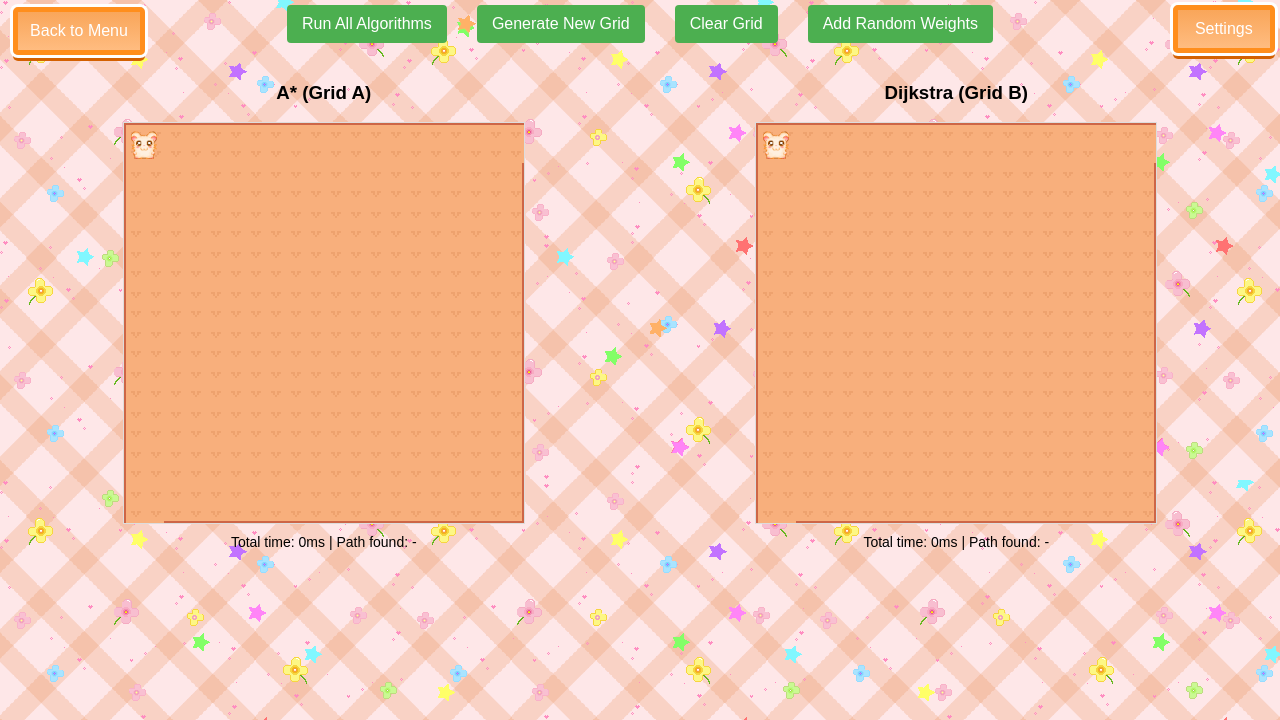
Repository: ramosfranz/Hamster-Crossing
Page: game.html
An editor plug-in stored every save of this project. The page is shown before and after the next save, followed by the edit.
The browser window is 1280 px wide. The pictures show the whole page.
Some web fonts or font styles are not loaded; a fallback is used.

Above is the page before, as saved 2025-05-06 12:20:46.

### game.html
<!DOCTYPE html>
<html lang="en">
<head>
    <meta charset="UTF-8">
    <meta name="viewport" content="width=device-width, initial-scale=1.0">
    <link rel="preconnect" href="https://fonts.googleapis.com">
    <link rel="preconnect" href="https://fonts.gstatic.com" crossorigin>
    <link href="https://fonts.googleapis.com/css2?family=Jersey+10+Charted&family=Jersey+20&family=Jersey+25+Charted&display=swap" rel="stylesheet">
    <title>Hamster Crossing</title>
    <link rel="icon" type="image/x-icon" href="assets/images/favicon.ico">
    <link rel="stylesheet" href="styles.css">
</head>
<body>
    <div class="header-buttons">
        <a class="pixelButton" id="backButton" href="menu.html">Back to Menu</a>
        <button class="pixelButton" id="settingsButton">Settings</button>
    </div>

    <!-- Settings Popup -->
    <div id="settingsPopup" class="popup">
        <div class="popup-content">
            <span class="close-popup">&times;</span>
            <h3>Settings</h3>

            <div class="setting-item">
                <label for="volumeSlider">Adjust Volume:</label>
                <input type="range" id="volumeSlider" min="0" max="100" value="50">
            </div>

            <div class="setting-item">
                <label for="hamsterDropdown">Change Hamster:</label>
                <select id="hamsterDropdown">
                    <option value="hamster1">Default Hamster</option>
                    <option value="hamster2">Speedy Hamster</option>
                    <option value="hamster3">Colorful Hamster</option>
                </select>
            </div>

            <div class="setting-item">
                <label>Number of Grids: <span class="grid-count-value">2</span></label>
                <div class="grid-count-container">
                    <input type="range" id="gridCount" min="1" max="5" value="2">
                </div>
            </div>

            <div id="gridSettings">
                <!-- Grid settings will be added here dynamically -->
            </div>

            <button id="applySettings">Apply Settings</button>
        </div>
    </div>
    <div id="controls">
        <button id="runButton">Run All Algorithms</button>
        <button id="generateButton">Generate New Grid</button>
        <button id="clearButton">Clear Grid</button>
        <button id="addWeightsButton">Add Random Weights</button>
    </div>

    <button id="stopButton">Stop and Clear Searching</button>

    <div id="grids-container">
        <!-- Grids will be added here dynamically -->
    </div>

    <!--<script src="pathfind.js" type="module"></script>
    <script src="settingsPopUp.js"  type="module"></script>
    <script src="algorithms.js"  type="module"></script> -->
    <script type="module" src="js/app.js"></script>
    <script type="module" src="js/game.js"></script>
</body>
</html>

### styles.css
html, body {
    font-family: "Jersey 20", sans-serif;
    margin: 0;
    padding: 0;
    height: 100%;
    scroll-behavior: smooth;
    background-image:url(assets/images/backgrounds/bg_try.gif), url(assets/images/backgrounds/bg_tryA.gif), url(assets/images/backgrounds/bg_hamu.png);
    background-size: auto, auto, 20%;
    background-repeat: auto, auto, space;
    image-rendering: pixelated;
}

.home {
    display: flex;
    flex-direction: column;
    justify-content: center;
    align-items: center;
    height: 100%;
    text-align: center;
}

#logo {
    width: 40%;
    max-height: 100%;
    margin-bottom: 0.5%;
    image-rendering: pixelated;
}

.pixelButton {
    padding: 10px 5%;
    margin-bottom: 3%;
    font-size: 1.5rem;
    color: #fff;
    border: 5px solid #ff8e1c;
    border-radius: 4px;
    background: linear-gradient(to bottom, #f9a65a, #ffbc80);
    box-shadow:
        0 0 0 3px #fff,
        0 6px #d36102;
    cursor: pointer;
    text-align: center;
    font-family: "Jersey 20", sans-serif;
    width: 100%;
    transition: transform 0.1s ease, box-shadow 0.1s ease;
    image-rendering: pixelated;
}

.pixelButton:hover {
    background: linear-gradient(to bottom, #ffa9b8, #ff605f);
    border-color: #ff1a14;
}

.pixelButton:active {
    transform: translateY(4px);
    box-shadow: 0 0 #000;
}


.menu {
    margin-bottom: 20px;
}
button {
    padding: 10px 20px;
    font-size: 16px;
    margin: 5px;
    cursor: pointer;
}

#controls {
    display: flex;
    justify-content: center;
    gap: 20px;
    flex-wrap: wrap;
}
#grids-container {
    display: flex;
    flex-wrap: wrap;
    justify-content: center;
    gap: 20px;
}
.canvas-container {
    display: flex;
    flex-direction: column;
    align-items: center;
    position: relative;
}
.timer {
    margin-top: 10px;
    font-size: 14px;
    text-align: center;
}
#warning {
    color: red;
    font-weight: bold;
    margin: 10px 0;
    text-align: center;
}
#stopButton {
    display: none;
    padding: 10px;
    background-color: red;
    color: white;
    border: none;
    cursor: pointer;
    border-radius: 5px;
    margin: 0 auto;
}
#backButton {
    width: 8%;
    position: fixed;
    left: 1%;
    top: 1%;
    padding: 10px;
    cursor: pointer;
    text-decoration: none;
    font-size: 16px;
    border-radius: 5px;
}

#settingsButton {
    position: fixed;
    width: 8%;
    right: -0%;
    padding: 10px;
    border-radius: 5px;
    cursor: pointer;
    font-size: 16px;
}

button {
    padding: 10px 15px;
    background-color: #4CAF50;
    color: white;
    border: none;
    border-radius: 4px;
    cursor: pointer;
    font-size: 16px;
}
button:hover {
    background-color: #45a049;
}
button:disabled {
    background-color: #cccccc;
    cursor: not-allowed;
}
.weight {
    position: absolute;
    font-size: 10px;
    font-weight: bold;
    color: black;
    pointer-events: none;
}

.header-buttons {
    display: flex;
    justify-content: space-between;
}


.popup {
    display: none;
    position: fixed;
    top: 0;
    left: 0;
    width: 100%;
    height: 100%;
    background-color: rgba(0,0,0,0.5);
    z-index: 1000;
}

.popup-content {
    background-color: white;
    margin: 10% auto;
    padding: 20px;
    width: 50%;
    max-width: 500px;
    border-radius: 8px;
    position: relative;
}

.close-popup {
    position: absolute;
    top: 10px;
    right: 20px;
    font-size: 24px;
    cursor: pointer;
}

.setting-item {
    margin: 15px 0;
}

.setting-item label {
    display: block;
    margin-bottom: 5px;
    font-weight: bold;
}

.setting-item input[type="range"],
.setting-item select,
.setting-item input[type="number"] {
    width: 100%;
    padding: 8px;
    border: 1px solid #ddd;
    border-radius: 4px;
}

#applySettings {
    margin-top: 20px;
    padding: 10px 15px;
    background-color: #4CAF50;
    color: white;
    border: none;
    border-radius: 4px;
    cursor: pointer;
    width: 100%;
}

#applySettings:hover {
    background-color: #45a049;
}

.grid-algorithm-select {
    margin-top: 10px;
}


.popup-content {
    width: 90%;
    max-width: 400px;
    margin: 5% auto;
    padding: 15px;
}

#gridCount {
    width: 100%;
    margin-top: 5px;
}

.grid-count-container {
    display: flex;
    align-items: center;
    gap: 10px;
}

.grid-count-value {
    font-weight: bold;
}

#grids-container {
    display: grid;
    grid-template-columns: repeat(auto-fit, minmax(200px, 1fr));
    gap: 15px;
    padding: 15px;
    width: 100%;
    box-sizing: border-box;
    justify-content: center;
}

/* Grid selection layout */
.grid-selection-row {
    display: flex;
    gap: 15px;
    margin-bottom: 15px;
}

.grid-selection-item {
    flex: 1;
    min-width: 120px;
}

.grid-selection-item.disabled {
    opacity: 0.6;
    pointer-events: none;
}

.grid-selection-item label {
    display: block;
    margin-bottom: 5px;
    color: #333;
}

.grid-selection-item select {
    width: 100%;
    padding: 6px;
    border: 1px solid #ddd;
    border-radius: 4px;
    background: white;
}

.grid-selection-item.disabled select {
    background: #f5f5f5;
}

.canvas-container {
    position: relative;
    width: 100%;
    max-width: 400px;
    margin: 0 auto;
}


.canvas-container canvas {
    width: 100%;
    height: auto;
    aspect-ratio: 1;
    border: 1px solid #ddd;
}

@media (max-width: 600px) {
    #grids-container {
        grid-template-columns: 1fr;
    }

    .popup-content {
        width: 90%;
        margin: 20px auto;
    }
}

@media (min-width: 601px) and (max-width: 1200px) {
    #grids-container {
        grid-template-columns: repeat(auto-fit, minmax(250px, 1fr));
    }
}

/* Modify existing grid count input */
#gridCount[type="range"] {
    -webkit-appearance: none;
    width: 100%;
    height: 8px;
    background: #ddd;
    border-radius: 4px;
}

#gridCount[type="range"]::-webkit-slider-thumb {
    -webkit-appearance: none;
    width: 20px;
    height: 20px;
    background: #4CAF50;
    border-radius: 50%;
    cursor: pointer;
}

### js/app.js
import { initializeGrid } from './gridManager.js';
import { setupEventListeners, renderGrids } from './domManager.js';
import { setupSettingsEventListeners } from './settings.js';

export function init() {
    setupSettingsEventListeners();
    initializeGrid();
    renderGrids();
    setupEventListeners();
}

document.addEventListener('DOMContentLoaded', init);

### js/game.js
import { initializeGrid } from './gridManager.js';
import { renderGrids, setupEventListeners} from './domManager.js';
import { drawGrid } from './visualizer.js';

document.addEventListener('DOMContentLoaded', () => {
    setupEventListeners();
    initializeGrid();
    renderGrids();
    drawGrid();

    window.addEventListener('resize', () => {
        drawGrid();
    });
});

### js/visualizer.js
import { rows, cols, getGrid, getGoal, getStart, start } from './gridManager.js';
import { sleep } from './utils.js';

export const canvases = {};
export const ctx = {};
const GROUND_SPRITE_WIDTH = 40;
const GROUND_SPRITE_HEIGHT = 40;
const HAMSTER_SPRITE_WIDTH = 69;
const HAMSTER_SPRITE_HEIGHT = 82;
const SEED_SPRITE_WIDTH = 26;
const SEED_SPRITE_HEIGHT = 48;
const ANIMATION_FRAMES = 2;
const SEED_ANIMATION_INTERVAL = 300;

// Sprite sheets
const spriteSheet = new Image();
spriteSheet.src = 'assets/images/sprites/hamu_ground.png';

const hamsterSpriteSheet = new Image();
hamsterSpriteSheet.src = 'assets/images/sprites/hamu_sprite.png';

// Animation frames
const SPRITE_MAP = {
    front: { transition: [0, 0], animation: [[0, 1], [0, 2]] },
    back: { transition: [0, 3], animation: [[0, 4], [0, 5]] },
    left: { transition: [1, 0], animation: [[1, 1], [1, 2]] },
    right: { transition: [1, 3], animation: [[1, 4], [1, 5]] }
};

// Seed animation
const seedImages = [];
let seedIndex = 0;
let seedAnimationInterval = null;
let seedImagesLoaded = false;

function loadSeedImages() {
    const seedFiles = [
        "assets/images/seed_animation/seed1.png",
        "assets/images/seed_animation/seed2.png",
        "assets/images/seed_animation/seed3.png"
    ];

    seedImages.length = 0;

    let loadedCount = 0;
    seedFiles.forEach(file => {
        const img = new Image();
        img.onload = () => {
            loadedCount++;
            if (loadedCount === seedFiles.length) {
                seedImagesLoaded = true;
                startSeedAnimation();
                drawGrid(); // Redraw after images load
            }
        };
        img.onerror = () => {
            console.error(`Failed to load seed image: ${file}`);
            loadedCount++;
        };
        img.src = file;
        seedImages.push(img);
    });
}

function drawSeedGoal(ctx, goal, cellSize) {
    if (!seedImagesLoaded || !seedImages.length) return;

    const goalX = goal.x * cellSize;
    const goalY = goal.y * cellSize;

    // Draw ground tile first
    const groundSx = GROUND_SPRITE_WIDTH;
    const groundSy = GROUND_SPRITE_HEIGHT;
    ctx.drawImage(
        spriteSheet,
        groundSx, groundSy, GROUND_SPRITE_WIDTH, GROUND_SPRITE_HEIGHT,
        goalX, goalY, cellSize, cellSize
    );

    // Then draw seed
    const seedImage = seedImages[seedIndex];
    const scaleFactor = Math.min(
        (cellSize * 0.8) / SEED_SPRITE_WIDTH,
        (cellSize * 0.8) / SEED_SPRITE_HEIGHT
    );
    const scaledWidth = SEED_SPRITE_WIDTH * scaleFactor;
    const scaledHeight = SEED_SPRITE_HEIGHT * scaleFactor;

    ctx.drawImage(
        seedImage,
        goalX + (cellSize - scaledWidth) / 2,
        goalY + (cellSize - scaledHeight) / 2,
        scaledWidth,
        scaledHeight
    );
}

export function startSeedAnimation() {
    if (!seedImagesLoaded) {
        loadSeedImages();
        return;
    }

    stopSeedAnimation();

    seedAnimationInterval = setInterval(() => {
        seedIndex = (seedIndex + 1) % seedImages.length;
        drawGrid();
    }, SEED_ANIMATION_INTERVAL);
}

export function stopSeedAnimation() {
    if (seedAnimationInterval) {
        clearInterval(seedAnimationInterval);
        seedAnimationInterval = null;
    }
}

export function registerCanvas(gridId, canvas) {
    canvases[gridId] = canvas;
    ctx[gridId] = canvas.getContext('2d');
}

export function drawGrid() {
    const grid = getGrid();
    const startPos = getStart();
    const goalPos = getGoal();

    if (!grid || !grid.length) {
        console.error("Grid is not properly initialized");
        return;
    }

    for (const algorithmId in ctx) {
        const currentCtx = ctx[algorithmId];
        const canvas = canvases[algorithmId];
        const cellSize = Math.min(canvas.width / cols, canvas.height / rows);

        // Clear canvas first
        currentCtx.clearRect(0, 0, canvas.width, canvas.height);

        // Draw grid cells
        for (let y = 0; y < rows; y++) {
            for (let x = 0; x < cols; x++) {
                const cell = grid[y][x];
                let sx, sy;

                if (cell.wall) {
                    // Wall sprites
                    if (x === 0 && y === 0) {
                        sx = 3 * GROUND_SPRITE_WIDTH;
                        sy = 0;
                    } else if (x === cols - 1 && y === rows - 1) {
                        sx = 5 * GROUND_SPRITE_WIDTH;
                        sy = 2 * GROUND_SPRITE_HEIGHT;
                    } else if (x === 0) {
                        sx = 3 * GROUND_SPRITE_WIDTH;
                        sy = GROUND_SPRITE_HEIGHT;
                    } else if (y === 0) {
                        sx = 4 * GROUND_SPRITE_WIDTH;
                        sy = 0;
                    } else if (y === rows - 1) {
                        sx = 4 * GROUND_SPRITE_WIDTH;
                        sy = 2 * GROUND_SPRITE_HEIGHT;
                    } else if (x === cols - 1) {
                        sx = 5 * GROUND_SPRITE_WIDTH;
                        sy = GROUND_SPRITE_HEIGHT;
                    } else {
                        sx = 4 * GROUND_SPRITE_WIDTH;
                        sy = GROUND_SPRITE_HEIGHT;
                    }
                } else {
                    // Ground sprites
                    if (x === 0 && y === 0) {
                        sx = 0;
                        sy = 0;
                    } else if (x === cols - 1 && y === rows - 1) {
                        sx = 2 * GROUND_SPRITE_WIDTH;
                        sy = 2 * GROUND_SPRITE_HEIGHT;
                    } else if (x === 0) {
                        sx = 0;
                        sy = GROUND_SPRITE_HEIGHT;
                    } else if (y === 0) {
                        sx = GROUND_SPRITE_WIDTH;
                        sy = 0;
                    } else if (x === cols - 1) {
                        sx = 2 * GROUND_SPRITE_WIDTH;
                        sy = GROUND_SPRITE_HEIGHT;
                    } else if (y === rows - 1) {
                        sx = GROUND_SPRITE_WIDTH;
                        sy = 2 * GROUND_SPRITE_HEIGHT;
                    } else {
                        sx = GROUND_SPRITE_WIDTH;
                        sy = GROUND_SPRITE_HEIGHT;
                    }
                }

                currentCtx.drawImage(
                    spriteSheet,
                    sx, sy, GROUND_SPRITE_WIDTH, GROUND_SPRITE_HEIGHT,
                    x * cellSize, y * cellSize, cellSize, cellSize
                );

                if (!cell.wall && cell.weight > 1) {
                    currentCtx.fillStyle = "black";
                    currentCtx.font = "12px Arial";
                    currentCtx.textAlign = "center";
                    currentCtx.textBaseline = "middle";
                    currentCtx.fillText(
                        cell.weight.toString(),
                        x * cellSize + cellSize / 2,
                        y * cellSize + cellSize / 2
                    );
                }
            }
        }

        // Draw hamster
        if (hamsterSpriteSheet.complete) {
            const scaleFactor = Math.min(cellSize / HAMSTER_SPRITE_HEIGHT, cellSize / HAMSTER_SPRITE_WIDTH) * 0.8;
            const scaledWidth = HAMSTER_SPRITE_WIDTH * scaleFactor;
            const scaledHeight = HAMSTER_SPRITE_HEIGHT * scaleFactor;

            currentCtx.drawImage(
                hamsterSpriteSheet,
                0, 0, HAMSTER_SPRITE_WIDTH, HAMSTER_SPRITE_HEIGHT,
                startPos.x * cellSize + (cellSize - scaledWidth) / 2,
                startPos.y * cellSize + (cellSize - scaledHeight) / 2,
                scaledWidth,
                scaledHeight
            );
        }

        // Draw seed at goal position
        if (seedImagesLoaded) {
            drawSeedGoal(currentCtx, goalPos, cellSize);
        }
    }
}

export async function drawPathWithHead(ctx, cameFrom, current, lineColor, headColor) {
    const path = [];
    const canvas = ctx.canvas;
    const cellSize = canvas.width / cols;
    const goalPos = getGoal();

    // Reconstruct path
    while (cameFrom[`${current.x},${current.y}`]) {
        path.push(current);
        current = cameFrom[`${current.x},${current.y}`];
    }
    path.reverse();

    let frameIndex = 0;
    for (let i = 0; i < path.length; i++) {
        const cell = path[i];
        if (cell.x === goalPos.x && cell.y === goalPos.y) continue;

        const direction = getMovementDirection(path, i, cell);
        const spriteFrame = getSpriteFrame(direction, i, frameIndex % ANIMATION_FRAMES);

        if (i > 0) {
            const prevCell = path[i - 1];
            if (!(prevCell.x === goalPos.x && prevCell.y === goalPos.y)) {
                ctx.fillStyle = lineColor;
                ctx.fillRect(prevCell.x * cellSize, prevCell.y * cellSize, cellSize, cellSize);
            }
        }

        ctx.fillStyle = lineColor;
        ctx.fillRect(cell.x * cellSize, cell.y * cellSize, cellSize, cellSize);

        if (hamsterSpriteSheet.complete) {
            const scaleFactor = Math.min(cellSize / HAMSTER_SPRITE_HEIGHT, cellSize / HAMSTER_SPRITE_WIDTH) * 0.8;
            const scaledWidth = HAMSTER_SPRITE_WIDTH * scaleFactor;
            const scaledHeight = HAMSTER_SPRITE_HEIGHT * scaleFactor;

            ctx.drawImage(
                hamsterSpriteSheet,
                spriteFrame[1] * HAMSTER_SPRITE_WIDTH,
                spriteFrame[0] * HAMSTER_SPRITE_HEIGHT,
                HAMSTER_SPRITE_WIDTH,
                HAMSTER_SPRITE_HEIGHT,
                cell.x * cellSize + (cellSize - scaledWidth) / 2,
                cell.y * cellSize + (cellSize - scaledHeight) / 2,
                scaledWidth,
                scaledHeight
            );
        }

        frameIndex++;
        await sleep(200);
    }
}

function getMovementDirection(path, index, cell) {
    if (index === 0) return "front";
    const prevCell = path[index - 1];
    if (cell.x > prevCell.x) return "right";
    if (cell.x < prevCell.x) return "left";
    if (cell.y > prevCell.y) return "front";
    return "back";
}

function getSpriteFrame(direction, index, frameIndex) {
    const spriteFrames = SPRITE_MAP[direction];
    return index === 0 ? spriteFrames.transition : spriteFrames.animation[frameIndex];
}

// Initialize everything when the page loads
export function initializeVisualizer() {
    loadSeedImages();
    drawGrid();
}

### js/stateManager.js
export const settings = {
    volume: 50,
    hamster: 'hamster1',
    gridCount: 2,
    gridAlgorithms: ['aStar', 'dijkstra']
};

export let searchInProgress = false;
export const timers = {};

export function setSearchInProgress(value) {
    searchInProgress = value;
}

export function resetTimers() {
    for (const key in timers) {
        timers[key].textContent = "Total time: 0ms | Path found: -";
    }
}

Loaded but not shown: js/domManager.js (252 lines, source omitted); js/settings.js (104 lines, source omitted); js/algorithms/bellmanFord.js (71 lines, source omitted); js/algorithms/aStar.js (57 lines, source omitted); js/gridManager.js (85 lines, source omitted); js/algorithms/dijkstra.js (54 lines, source omitted); js/algorithms/bfs.js (49 lines, source omitted); js/algorithms/dfs.js (49 lines, source omitted); js/utils.js (12 lines, source omitted)

After the next save:
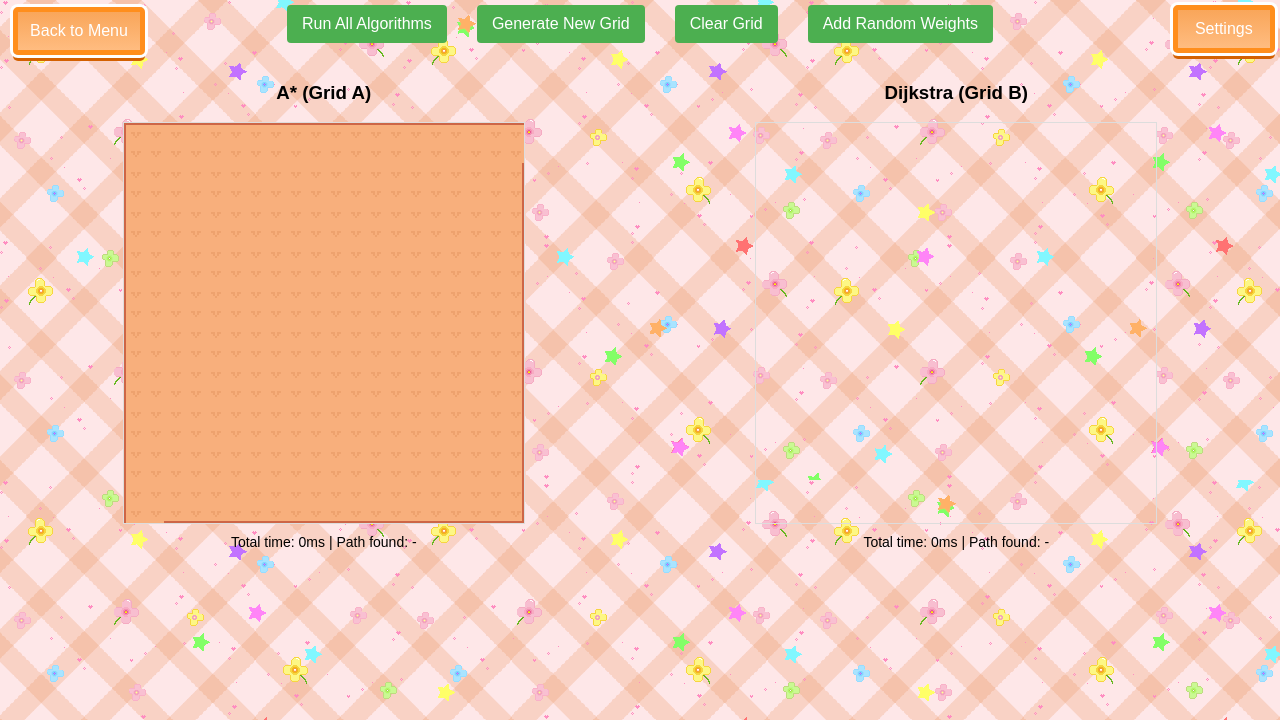
Console error: ReferenceError: cell is not defined
Saved 39 s later.
--- a/js/visualizer.js
+++ b/js/visualizer.js
@@ -215,6 +215,10 @@
             }
         }
 
+        if (cell.isGoal && seedImagesLoaded) {
+            drawSeedGoal(currentCtx, {x, y}, cellSize);
+        }
+
         // Draw hamster
         if (hamsterSpriteSheet.complete) {
             const scaleFactor = Math.min(cellSize / HAMSTER_SPRITE_HEIGHT, cellSize / HAMSTER_SPRITE_WIDTH) * 0.8;
@@ -231,10 +235,6 @@
             );
         }
 
-        // Draw seed at goal position
-        if (seedImagesLoaded) {
-            drawSeedGoal(currentCtx, goalPos, cellSize);
-        }
     }
 }
 

After the save that followed:
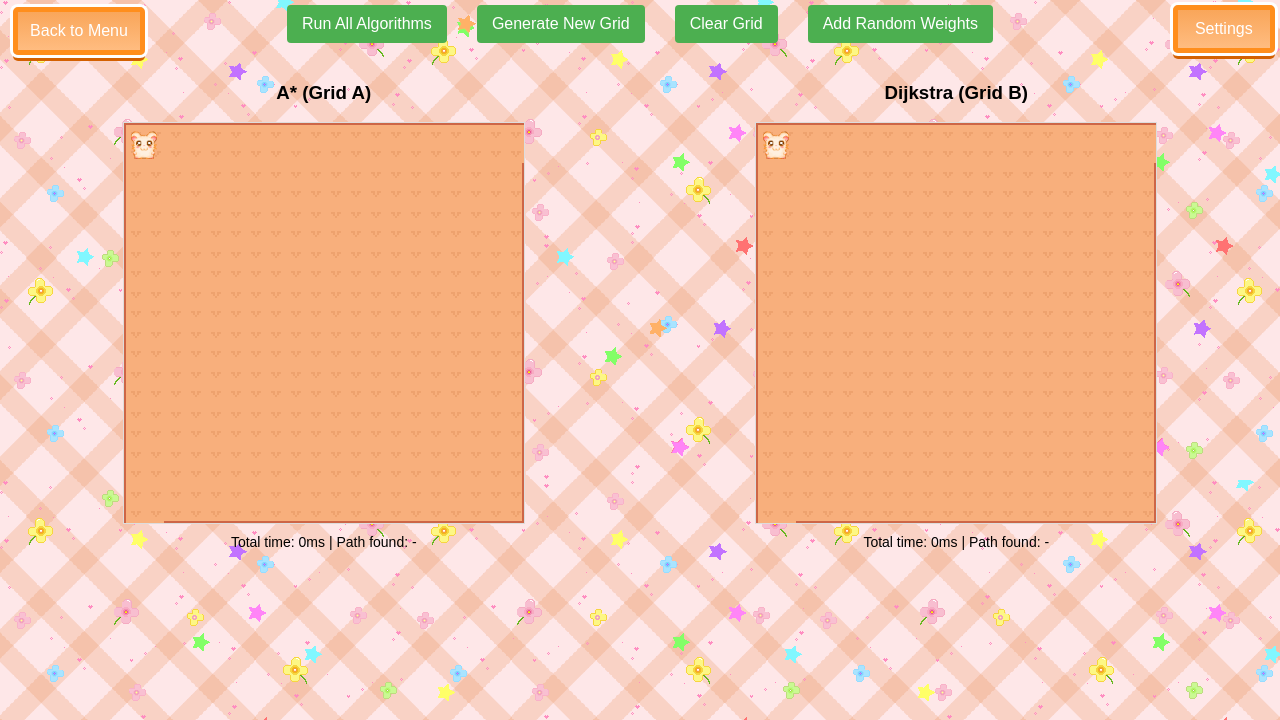
The error is gone.
Saved 35 s later.
--- a/js/visualizer.js
+++ b/js/visualizer.js
@@ -215,9 +215,7 @@
             }
         }
 
-        if (cell.isGoal && seedImagesLoaded) {
-            drawSeedGoal(currentCtx, {x, y}, cellSize);
-        }
+
 
         // Draw hamster
         if (hamsterSpriteSheet.complete) {
@@ -235,6 +233,10 @@
             );
         }
 
+        // Draw seed at goal position
+        if (seedImagesLoaded) {
+            drawSeedGoal(currentCtx, goalPos, cellSize);
+        }
     }
 }
 
